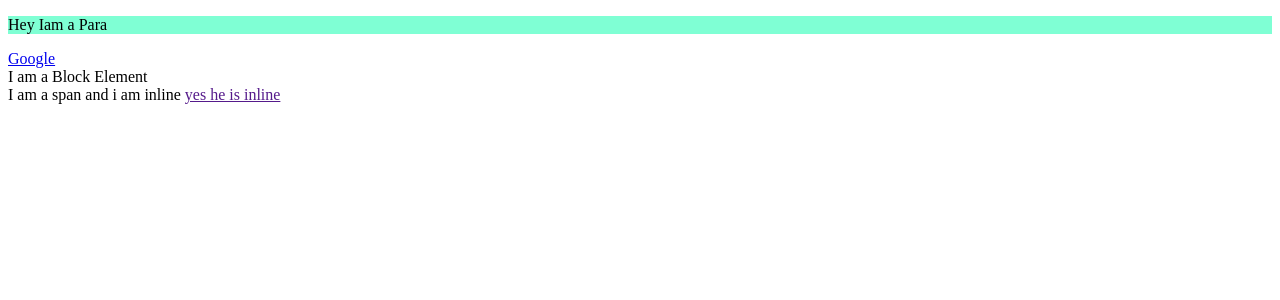
Repository: Mohan2347/Project-2
Page: 6.html
These files come from the project's save history. The page is drawn as it stood at one moment and after the next save; the edit follows.
The browser window is 1280 px wide. The pictures show the whole page.

Above is the page before, as saved 2024-11-13 21:42:10.

### 6.html
<!-- Inline and Block elements -->

<!DOCTYPE html>
<html lang="en">
<head>
    <meta charset="UTF-8">
    <meta name="viewport" content="width=device-width, initial-scale=1.0">
    <title>Inline and Block elements - HTML</title>
    <link rel="stylesheet" href="3.css">
</head>
<body>
    <p>Hey Iam a Para</p>
    <a href="https://google.com">Google</a>
    <div>I am a Block Element</div>
    <span>I am a span and i am inline</span>
    <a href="">yes he is inline</a>
</body>
</html>

### 3.css
p{
    background-color: aquamarine;
}

After the next save:
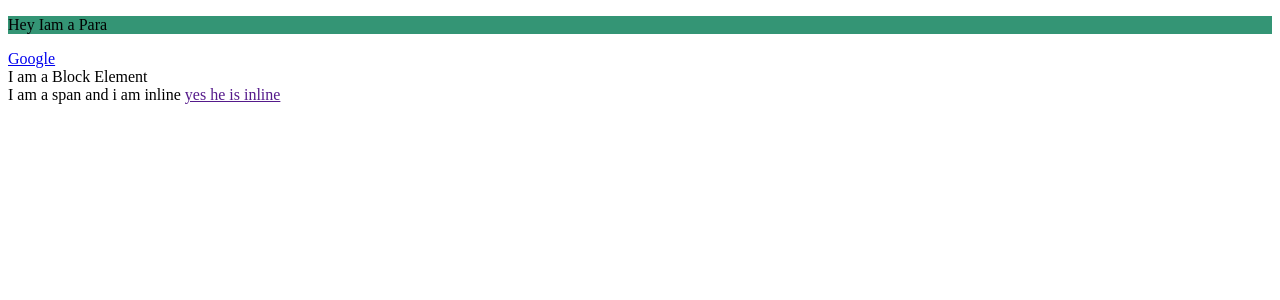
Saved 13 s later.
--- a/3.css
+++ b/3.css
@@ -1,3 +1,3 @@
 p{
-    background-color: aquamarine;
+    background-color: rgb(52, 149, 117);
 }
